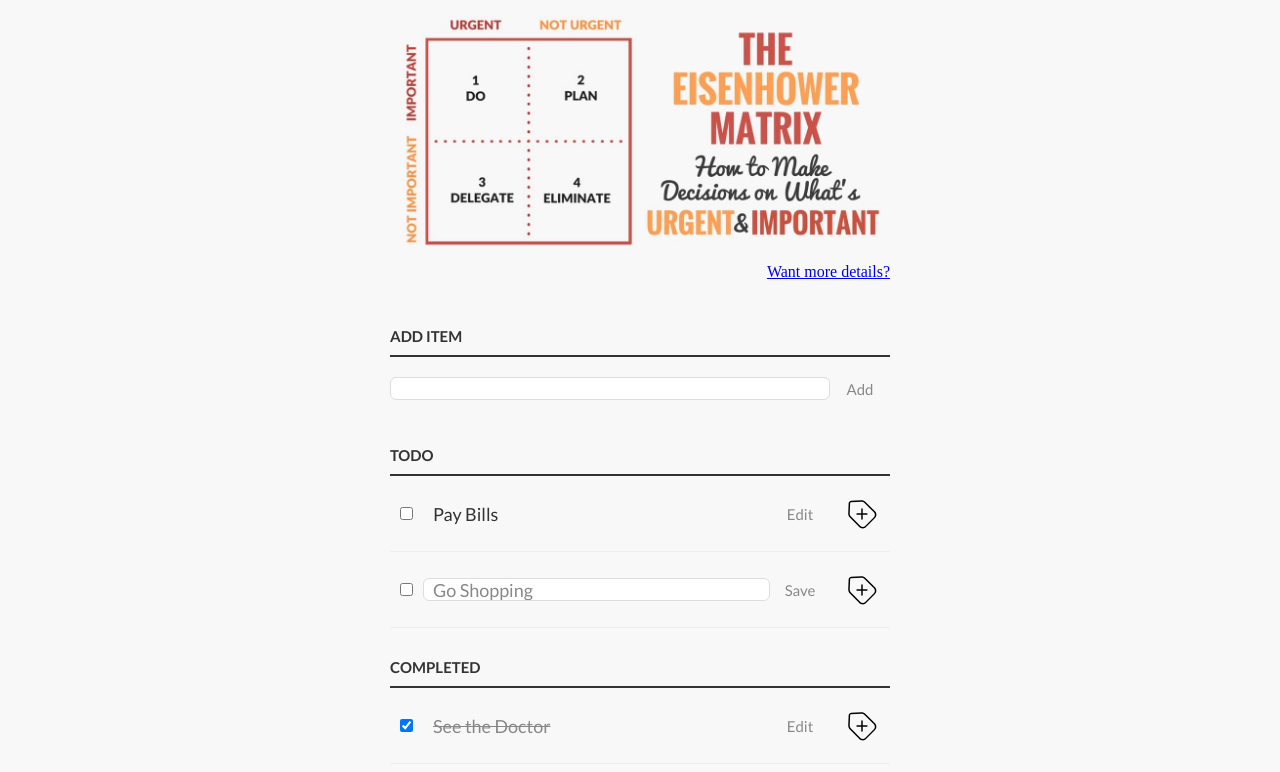
Repository: AlekseyRD88/clean-code-s1e1
Page: index.html
The author's editor kept a copy of each file at every save. The page is drawn from the files as they stood at one save, then again after the next save.
The browser window is 1280 px wide. The pictures show the whole page.

Above is the page before, as saved 2024-12-15 19:00:11.

### index.html
<!DOCTYPE html>
  <head>
    <title>Todo App</title>
    <link href="https://fonts.googleapis.com/css?family=Lato:300,400,700" rel="stylesheet">
    <link rel="stylesheet" href="style.css" type="text/css" media="screen" charset="utf-8">
  </head>
  <body class="page">
    <header class="header">
      <img src="./eisenhower-matrix.jpg" alt="matrix" class="header-img">
      <a class="more-info" href="https://goal-life.com/page/method/matrix-eisenhower">Want more details?</a>
    </header>
    <main class="centr-element">
      <p id="add-elem">
      <label for="new-task" class="newtask-label">Add Item</label>
        <div class="task-wrapper">
          <input id="new-task" class="task" type="text">
          <button>Add</button>
        </div>
      </p>
      <h3>Todo</h3>
      <ul id="incomplete-tasks">
        <li>
          <input type="checkbox">
          <label class="task">Pay Bills</label>
          <input type="text" class="task">
          <button class="edit">Edit</button>
          <button class="delete">
            <img src="./remove.svg" alt="icon-remove">
          </button>
        </li>
        <li class="edit-mode">
          <input type="checkbox">
          <label class="task">Go Shopping</label>
          <input type="text" value="Go Shopping" class="task">
          <button class="edit">Save</button>
          <button class="delete">
            <img src="./remove.svg" alt="icon-remove">
          </button>
        </li>
      </ul>
      <h3>Completed</h3>
      <ul id="completed-tasks">
        <li>
          <input type="checkbox" checked>
          <label class="task">See the Doctor</label>
          <input type="text" class="task">
          <button class="edit">Edit</button>
          <button class="delete">
            <img src="./remove.svg" alt="icon-remove">
          </button>
        </li>
      </ul>
    </main>
    <script src="app.js"></script>
  </body>
</html>

### style.css
/* Basic Style */
.page {
  background-color: #f8f8f8;
  color: #333;
  font-family: Lato, sans-serif;
}
.header {
  width: 500px;
  margin: 0 auto;
  display: block;
  text-align: right;
}
.header-img {
  width: 100%;
}
.header .more-info {
  font-family: fantasy, cursive;
}
@media (max-width:768px) {
  .header {
    text-align: center;
  }
}
.centr-element {
  display: block;
  width: 500px;
  margin: 0 auto 0;
}
.task {
  width: 56%;
  display: inline-block;
  flex-grow: 1;
}
.task-wrapper {
  display: flex;
}
ul {
  margin: 0;
  padding: 0px;
}
li,
h3 {
  list-style: none;
}
input,
button {
  outline: none;
}
button {
  background: none;
  border: 0px;
  color: #888;
  font-size: 15px;
  width: 60px;
  font-family: Lato, sans-serif;
  cursor: pointer;
}
button:hover {
  color: #3a3A3a;
}
/* Heading */
h3,
/*label[for='new-task']*/
.newtask-label {
  color: #333;
  font-weight: 700;
  font-size: 15px;
  border-bottom: 2px solid #333;
  padding: 30px 0 10px;
  margin: 0;
  text-transform: uppercase;
}
input[type="text"] {
  margin: 0;
  font-size: 18px;
  line-height: 18px;
  height: 21px;
  padding: 0 9px;
  border: 1px solid #dDd;
  background: #FFF;
  border-radius: 6px;
  font-family: Lato, sans-serif;
  color: #888;
}
input[type="text"]:focus {
  color: #333;
}
/* New Task */
label[for='new-task'] {
  display: block;
  margin: 0 0 20px;
}
#new-task {
  width: 318px;
}
/* Task list */
li {
  overflow: hidden;
  padding: 20px 0;
  border-bottom: 1px solid #eee;
  display: flex;
  justify-content: space-between;
  align-items: center;
}
li > * {
  vertical-align: middle;
}
li > input[type="checkbox"] {
  margin: 0 10px;
}
li > label {
  padding-left: 10px;
  box-sizing: border-box;
  font-size: 18px;
  width: 226px;
}
li >    input[type="text"] {
  width: 226px
}
.delete img {
  height: 2em;
  transform: rotateZ(45deg);
  transition: transform 200ms ease-in;
}
.delete img:hover {
  transform: rotateZ(0);
}
/* Completed */
#completed-tasks label {
  text-decoration: line-through;
  color: #888;
}
/* Edit Task */
ul li input[type=text] {
  display: none;
}

ul .edit-mode input[type=text] {
  display: inline-block;
  width: 224px;
}

ul .edit-mode label {
  display: none;
}

### app.js
//Document is the DOM can be accessed in the console with document.window.
// Tree is from the top, html, body, p etc.

//Problem: User interaction does not provide the correct results.
//Solution: Add interactivity so the user can manage daily tasks.
//Break things down into smaller steps and take each step at a time.


// Event handling, user interaction is what starts the code execution.

var taskInput = document.getElementById("new-task"); //Add a new task.
var addButton = document.getElementsByTagName("button")[0]; //first button
var incompleteTaskHolder = document.getElementById("incomplete-tasks"); //ul of #incompleteTasks
var completedTasksHolder = document.getElementById("completed-tasks"); //completed-tasks


//New task list item
var createNewTaskElement = function (taskString) {

  var listItem = document.createElement("li");

  //input (checkbox)
  var checkBox = document.createElement("input"); //checkbx
  //label
  var label = document.createElement("label"); //label
  //input (text)
  var editInput = document.createElement("input"); //text
  //button.edit
  var editButton = document.createElement("button"); //edit button

  //button.delete
  var deleteButton = document.createElement("button"); //delete button
  var deleteButtonImg = document.createElement("img"); //delete button image

  label.innerText = taskString;
  label.className = 'task';

  //Each elements, needs appending
  checkBox.type = "checkbox";
  editInput.type = "text";
  editInput.className = "task";

  editButton.innerText = "Edit"; //innerText encodes special characters, HTML does not.
  editButton.className = "edit";

  deleteButton.className = "delete";
  deleteButtonImg.src = './remove.svg';
  deleteButton.appendChild(deleteButtonImg);


  //and appending.
  listItem.appendChild(checkBox);
  listItem.appendChild(label);
  listItem.appendChild(editInput);
  listItem.appendChild(editButton);
  listItem.appendChild(deleteButton);
  return listItem;
}



var addTask = function () {
  console.log("Add Task...");
  //Create a new list item with the text from the #new-task:
  if (!taskInput.value) return;
  var listItem = createNewTaskElement(taskInput.value);

  //Append listItem to incompleteTaskHolder
  incompleteTaskHolder.appendChild(listItem);
  bindTaskEvents(listItem, taskCompleted);

  taskInput.value = "";

}

//Edit an existing task.

var editTask = function () {
  console.log("Edit Task...");
  console.log("Change 'edit' to 'save'");


  var listItem = this.parentNode;

  var editInput = listItem.querySelector('input[type=text]');
  var label = listItem.querySelector("label");
  var editBtn = listItem.querySelector(".edit");
  var containsClass = listItem.classList.contains("edit-mode");
  //If class of the parent is .editmode
  if (containsClass) {

    //switch to .editmode
    //label becomes the inputs value.
    label.innerText = editInput.value;
    editBtn.innerText = "Edit";
  } else {
    editInput.value = label.innerText;
    editBtn.innerText = "Save";
  }

  //toggle .editmode on the parent.
  listItem.classList.toggle("edit-mode");
};


//Delete task.
var deleteTask = function () {
  console.log("Delete Task...");

  var listItem = this.parentNode;
  var ul = listItem.parentNode;
  //Remove the parent list item from the ul.
  ul.removeChild(listItem);

}


//Mark task completed
var taskCompleted = function () {
  console.log("Complete Task...");

  //Append the task list item to the #completed-tasks
  var listItem = this.parentNode;
  completedTasksHolder.appendChild(listItem);
  bindTaskEvents(listItem, taskIncomplete);

}


var taskIncomplete = function () {
  console.log("Incomplete Task...");
  //Mark task as incomplete.
  //When the checkbox is unchecked
  //Append the task list item to the #incompleteTasks.
  var listItem = this.parentNode;
  incompleteTaskHolder.appendChild(listItem);
  bindTaskEvents(listItem, taskCompleted);
}



var ajaxRequest = function () {
  console.log("AJAX Request");
}

//The glue to hold it all together.


//Set the click handler to the addTask function.
addButton.onclick = addTask;
addButton.addEventListener("click", addTask);
addButton.addEventListener("click", ajaxRequest);


var bindTaskEvents = function (taskListItem, checkBoxEventHandler) {
  console.log("bind list item events");
  //select ListItems children
  var checkBox = taskListItem.querySelector("input[type=checkbox]");
  var editButton = taskListItem.querySelector(".edit");
  var deleteButton = taskListItem.querySelector(".delete");


  //Bind editTask to edit button.
  editButton.onclick = editTask;
  //Bind deleteTask to delete button.
  deleteButton.onclick = deleteTask;
  //Bind taskCompleted to checkBoxEventHandler.
  checkBox.onchange = checkBoxEventHandler;
}

//cycle over incompleteTaskHolder ul list items
//for each list item
for (var i = 0; i < incompleteTaskHolder.children.length; i++) {

  //bind events to list items chldren(tasksCompleted)
  bindTaskEvents(incompleteTaskHolder.children[i], taskCompleted);
}




//cycle over completedTasksHolder ul list items
for (var i = 0; i < completedTasksHolder.children.length; i++) {
  //bind events to list items chldren(tasksIncompleted)
  bindTaskEvents(completedTasksHolder.children[i], taskIncomplete);
}




// Issues with usability don't get seen until they are in front of a human tester.

//prevent creation of empty tasks.

//Change edit to save when you are in edit mode.

After the next save:
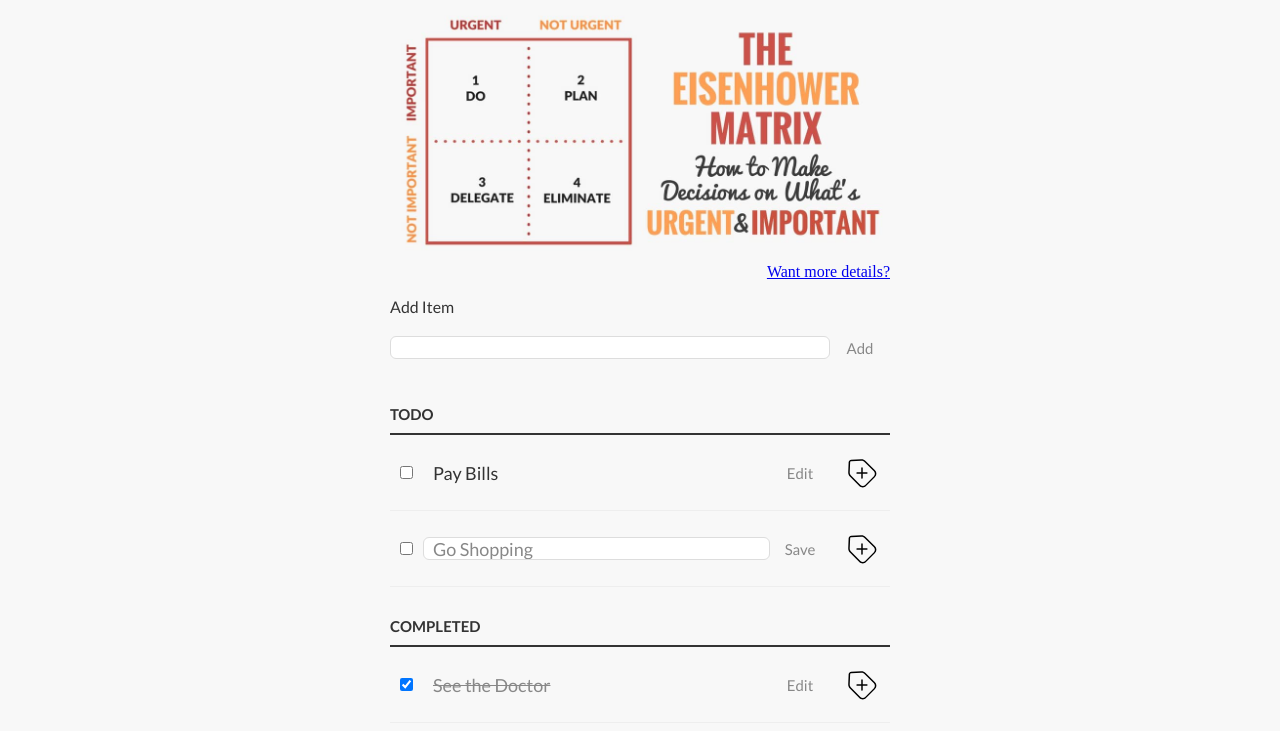
Saved 6 s later.
--- a/index.html
+++ b/index.html
@@ -11,7 +11,7 @@
     </header>
     <main class="centr-element">
       <p id="add-elem">
-      <label for="new-task" class="newtask-label">Add Item</label>
+      <label for="new-task" class="new-task-label">Add Item</label>
         <div class="task-wrapper">
           <input id="new-task" class="task" type="text">
           <button>Add</button>

After the save that followed:
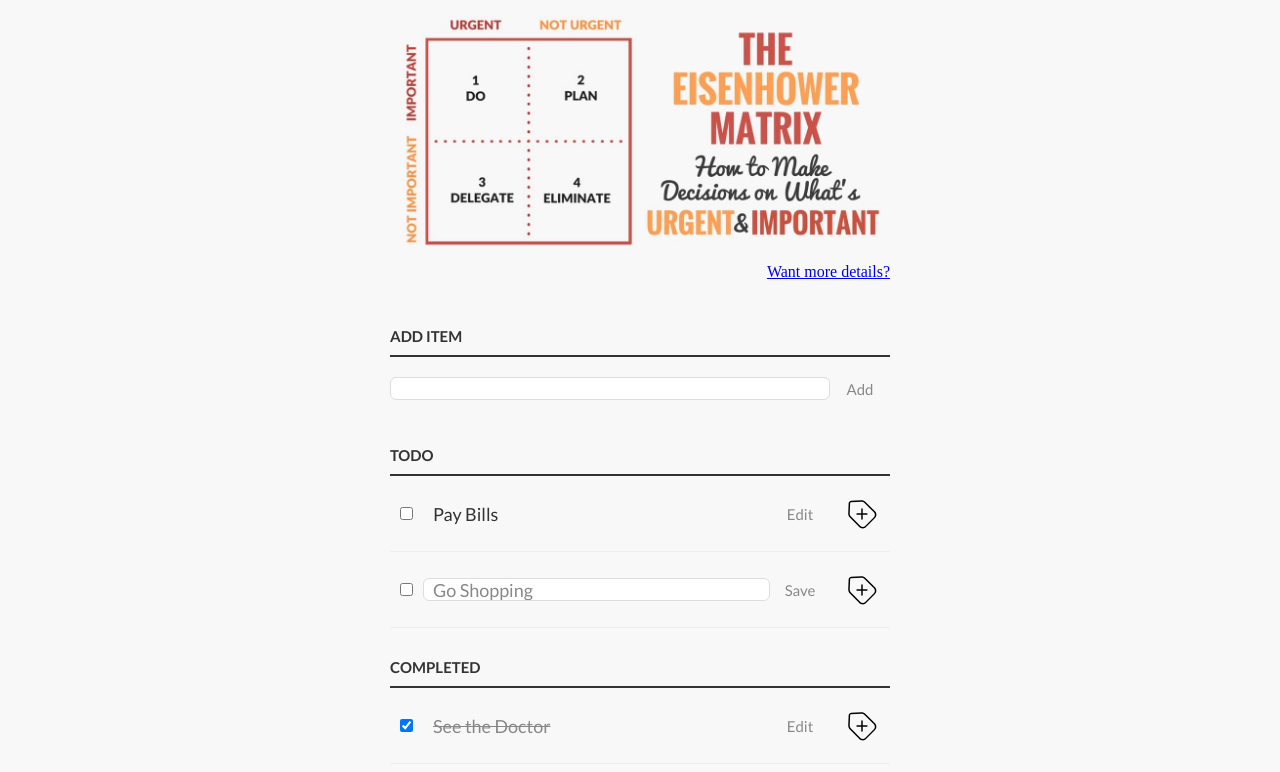
Saved 7 s later.
--- a/style.css
+++ b/style.css
@@ -61,7 +61,7 @@
 /* Heading */
 h3,
 /*label[for='new-task']*/
-.newtask-label {
+.new-task-label {
   color: #333;
   font-weight: 700;
   font-size: 15px;
